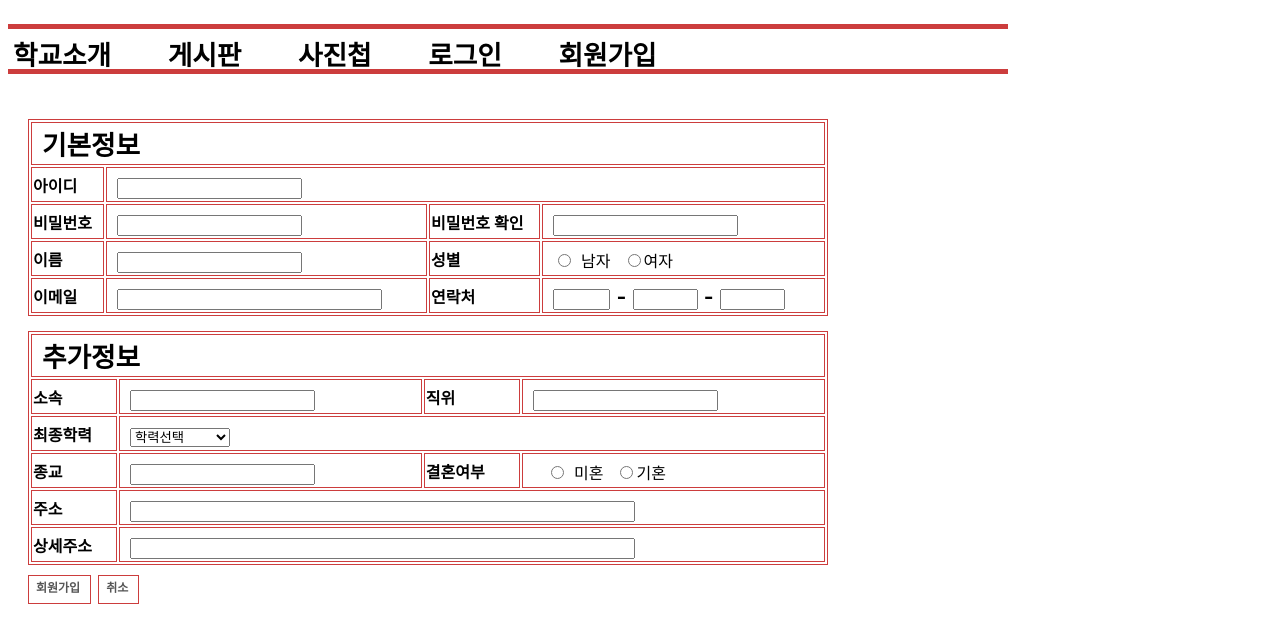
Repository: asaf0813/aisw
Page: java/이클립스/workspace/html/htmltest/WebContent/member/join.html
The author's editor kept a copy of each file at every save. The page is drawn from the files as they stood at one save, then again after the next save.
The browser window is 1280 px wide. The pictures show the part of the page from y = 158 to 792 px (the page is 792 px tall).

Above is the page before, as saved 2019-10-03 10:59:57.

After the next save:
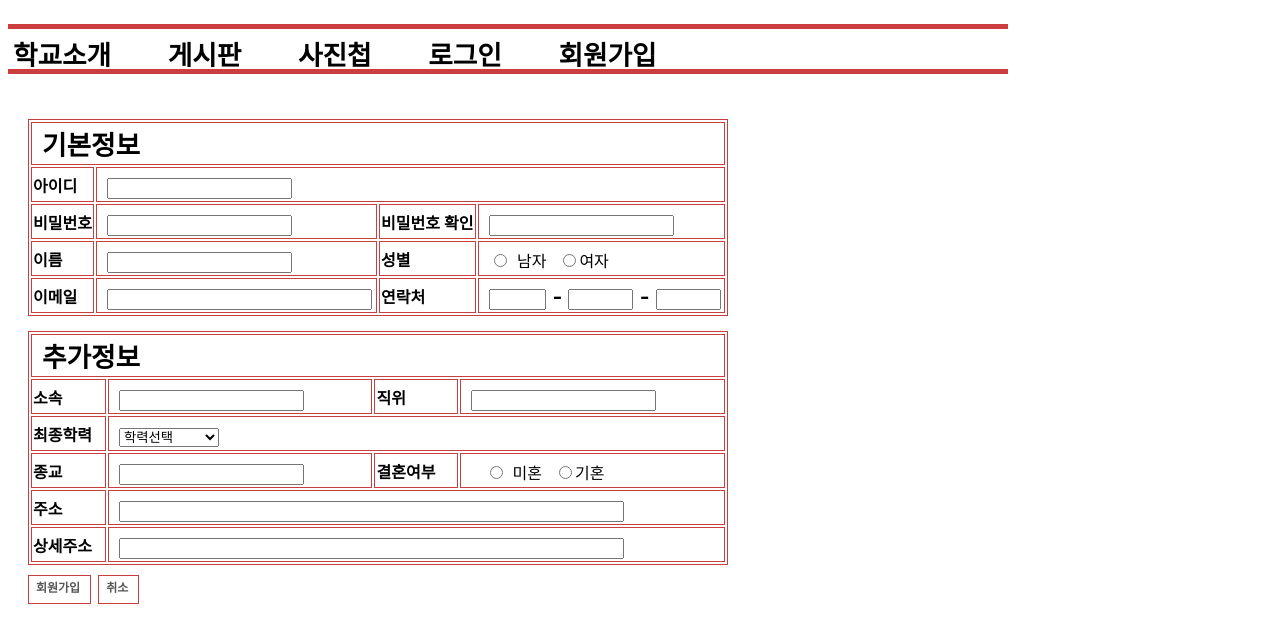
Saved 65 s later.
--- a/java/이클립스/workspace/html/htmltest/WebContent/member/join.css
+++ b/java/이클립스/workspace/html/htmltest/WebContent/member/join.css
@@ -50,7 +50,7 @@
 
 
 .modify_user table{
-	clear:both; width:800px;
+	clear:both; width:70%;
 	border: 1px solid #CC3D3D;
     overflow: hidden;
     white-space: nowrap;

After the save that followed:
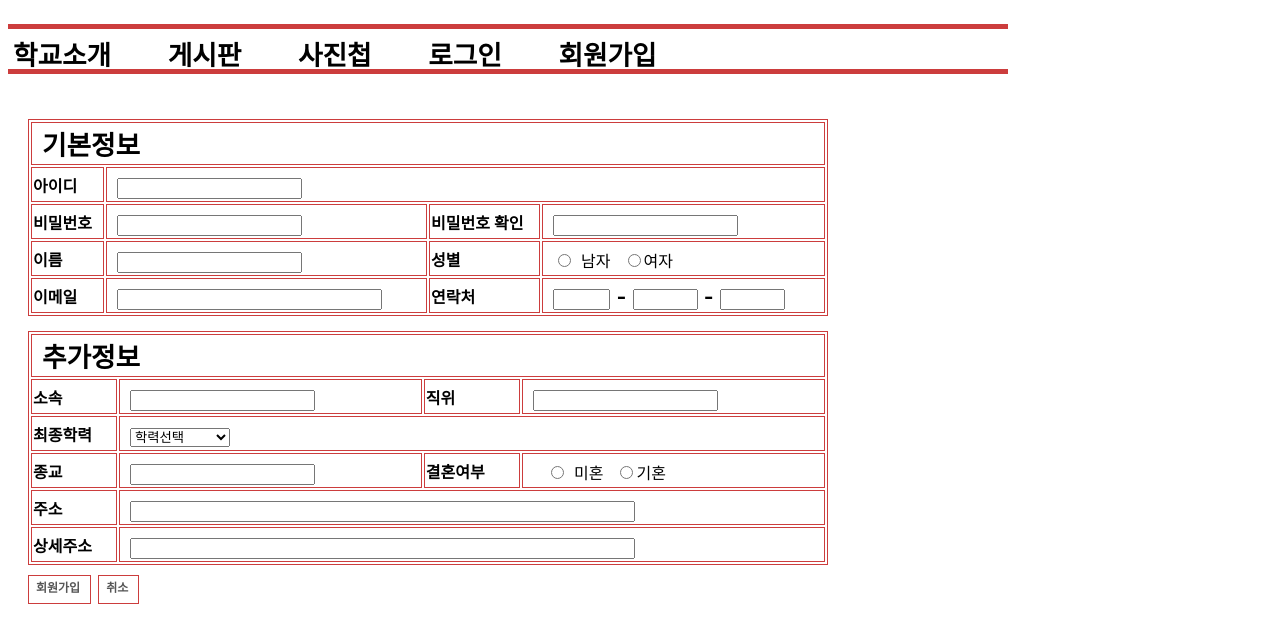
Saved 76 s later.
--- a/java/이클립스/workspace/html/htmltest/WebContent/member/join.css
+++ b/java/이클립스/workspace/html/htmltest/WebContent/member/join.css
@@ -50,11 +50,12 @@
 
 
 .modify_user table{
-	clear:both; width:70%;
+	clear:both; width:800px;
 	border: 1px solid #CC3D3D;
     overflow: hidden;
     white-space: nowrap;
     text-align:left;
+    cellpadding=5px;
 }
 
 .modify_user table th {
